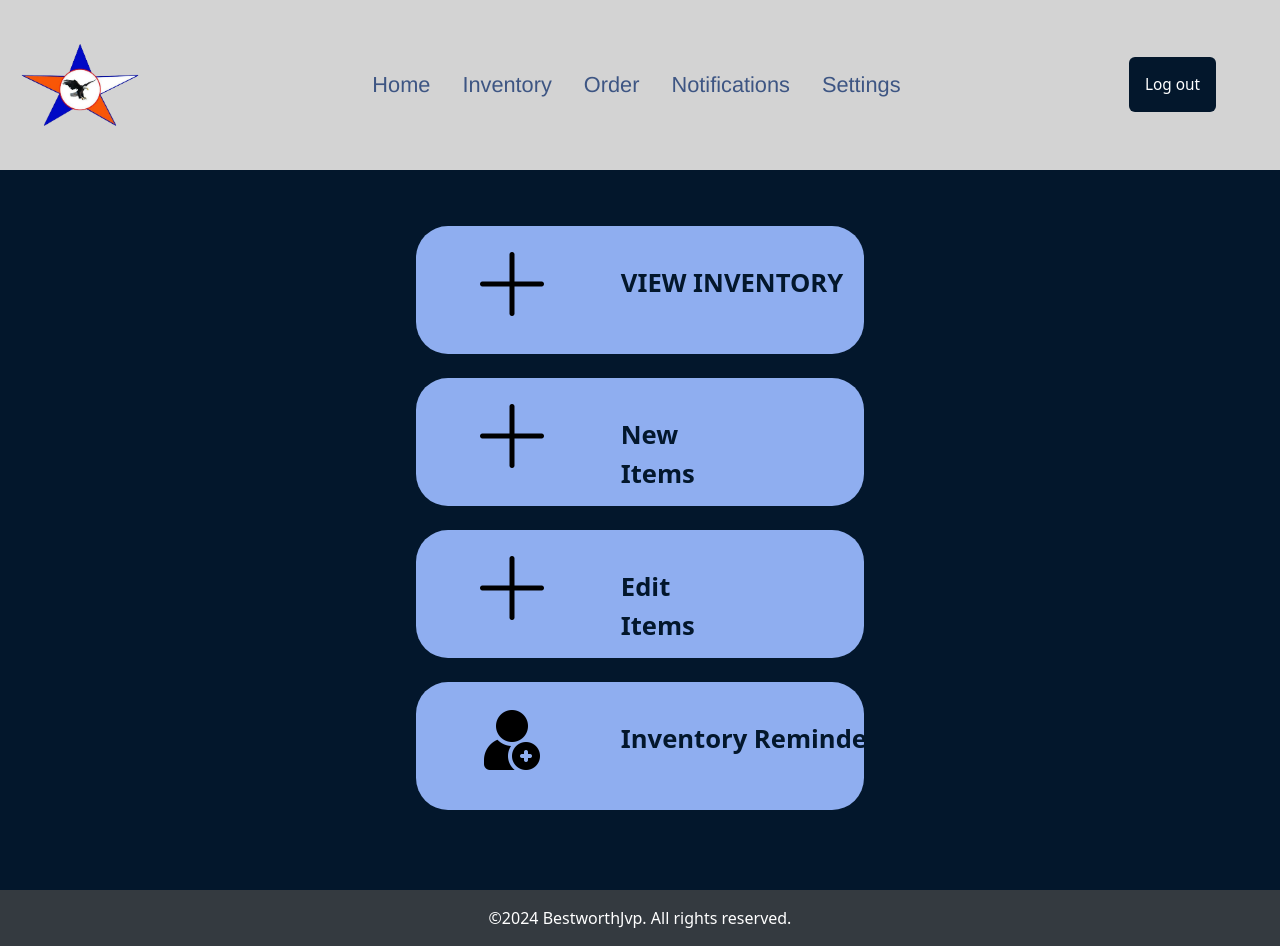
Repository: OVictor21/inventory
Page: /Monitor
The author's editor kept a copy of each file at every save. The page is drawn from the files as they stood at one save, then again after the next save.
The browser window is 1280 px wide. The pictures show the whole page.
The project was rebuilt for these pictures with package versions that can differ from the ones it lists, and the page was loaded fresh each time. Also part of the build but not shown: src/components/login.jsx, src/components/signup.jsx, src/components/reset1.jsx, src/components/reset2.jsx, src/pages/Admin.jsx, src/pages/setting.jsx, src/pages/editprofile.jsx, src/pages/inventory.jsx.

Above is the page before, as saved 2024-12-16 23:02:42.

After the next save:
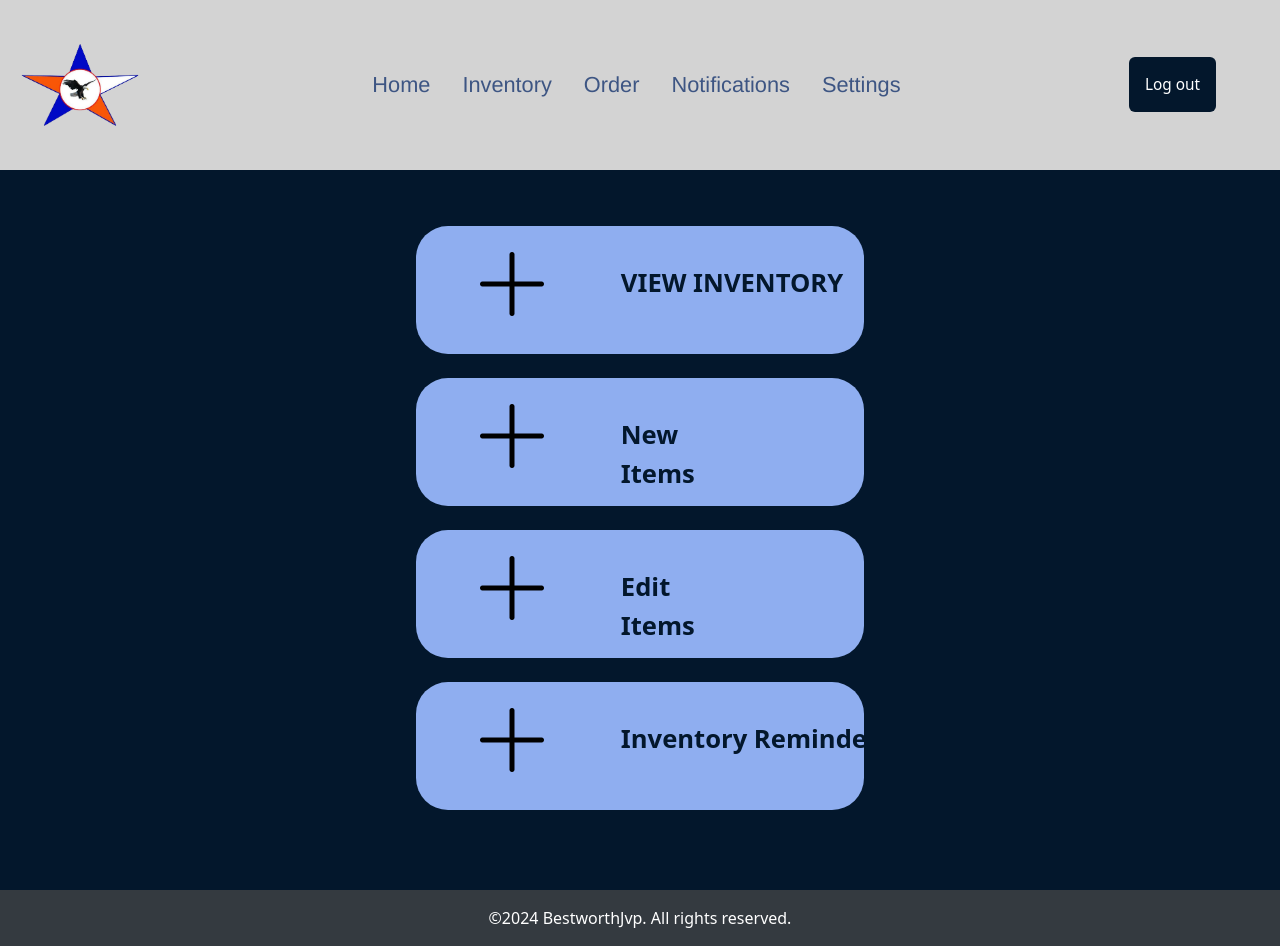
Saved 30 s later.
--- a/src/pages/monitor.jsx
+++ b/src/pages/monitor.jsx
@@ -29,7 +29,7 @@ const Monitor = () => {
 
         <div className="inventory justify-content-center rounded-5 mb-4">
           <div className="inventory-logo position-relative">
-            <img className="d-block w-100 position-absolute admin-logo" src="/add-user.png" alt="Logo" />
+            <img className="d-block w-100 position-absolute admin-logo" src="/plus.png" alt="Logo" />
             <a href="/Adduser " className="admin-text  position-absolute text-decoration-none text-nowrap">Inventory Reminder</a>
           </div>
         </div>
